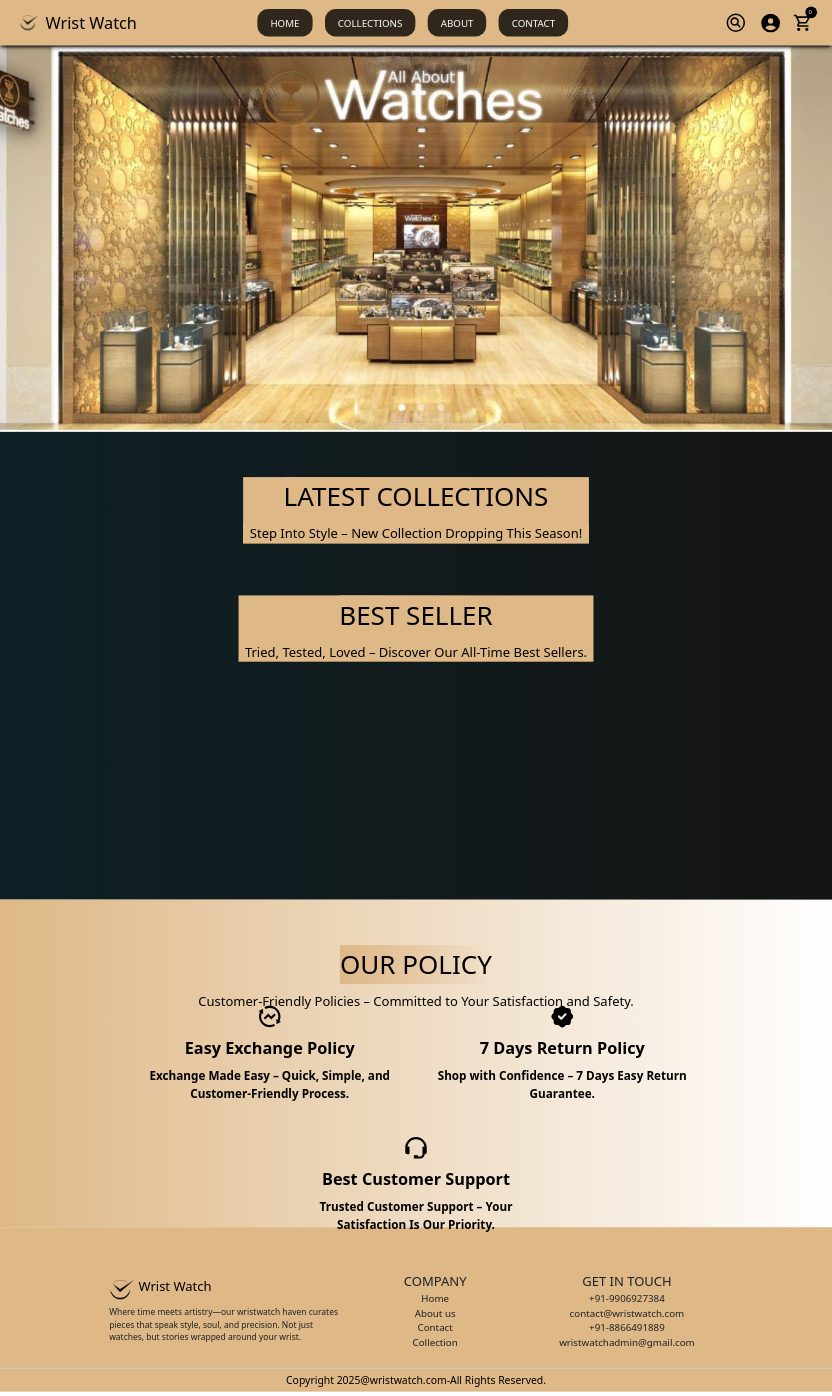
Repository: mansibhanushali/online_watch_ecommerce_mernstack_webapplication
Page: / (app in frontend/)
The author's editor kept a copy of each file at every save. The page is drawn from the files as they stood at one save, then again after the next save.
The browser window is 1280 px wide. The pictures show the whole page, at 65% of full size.
The page's requests for data from a server got no answer. The project was rebuilt for these pictures with package versions that can differ from the ones it lists, and the page was loaded fresh each time. No one was signed in, and anything a server would have sent is missing. Also part of the build but not shown: frontend/vite.config.js, frontend/src/component/Loading.jsx, frontend/src/pages/Registration.jsx, frontend/src/component/Card.jsx, frontend/src/pages/Login.jsx, frontend/src/pages/About.jsx, frontend/src/pages/Collections.jsx, frontend/src/pages/Contact.jsx and 6 more.

Above is the page before, as saved 2025-08-16 17:07:40.

### frontend/index.html
<!doctype html>
<html lang="en">
  <head>
    <meta charset="UTF-8" />
    <link rel="icon" type="image/svg+xml" href="\logo1.png" />
    <meta name="viewport" content="width=device-width, initial-scale=1.0" />
    <title>Wristwatch</title>
  </head>
  <body>
    <div id="root"></div>
    <script type="module" src="/src/main.jsx"></script>
  </body>
</html>

### frontend/src/main.jsx
// src/main.jsx
import React from 'react';
import { createRoot } from 'react-dom/client';
import { BrowserRouter } from 'react-router-dom';
import './index.css';

import App from './App.jsx';
import AuthContext from './context/authContext.jsx';
import UserContextProvider from './context/UserContext.jsx';
import ShopContext from './context/ShopContext.jsx';

createRoot(document.getElementById('root')).render(
  <React.StrictMode>
    <BrowserRouter>
      <AuthContext>
        <UserContextProvider>
          <ShopContext>
            <App />
          </ShopContext>
        </UserContextProvider>
      </AuthContext>
    </BrowserRouter>
  </React.StrictMode>
);

### frontend/src/index.css
@import "tailwindcss";

body {
  @apply bg-white min-h-screen;
}

### frontend/src/App.jsx
import React, { useContext } from 'react';
import { Navigate, Route, Routes, useLocation } from 'react-router-dom';
import Registration from './pages/Registration';
import Home from './pages/Home';
import Login from './pages/Login';
import Nav from './component/Nav';
import { userDataContext } from './context/UserContext';
import About from './pages/About';
import Collections from './pages/Collections';
import Product from './pages/Product';
import Contact from './pages/Contact';
import ProductDetail from './pages/ProductDetail';
import Cart from './pages/Cart';
import PlaceOrder from './pages/PlaceOrder';
import Order from './pages/Order';
import { ToastContainer } from 'react-toastify';
import NotFound from './pages/NotFound';

function App() {
  const { userData } = useContext(userDataContext);
  const location = useLocation();

  // Protected route wrapper
  const ProtectedRoute = (Component) => {
    return userData ? (
      Component
    ) : (
      <Navigate to="/login" state={{ from: location.pathname }} />
    );
  };

  return (
    <>
      <ToastContainer />
      <Nav />
      <Routes>
        {/* Public Routes */}
        <Route path="/" element={<Home />} />
        <Route path="/about" element={<About />} />
        <Route path="/collection" element={<Collections />} />
        <Route path="/collection/:category" element={<Collections />} />
        <Route path="/product" element={<Product />} />
        <Route path="/contact" element={<Contact />} />

        {/* Auth Routes */}
        <Route
          path="/login"
          element={
            userData ? (
              <Navigate to={location.state?.from || '/'} />
            ) : (
              <Login />
            )
          }
        />
        <Route
          path="/signup"
          element={
            userData ? (
              <Navigate to={location.state?.from || '/'} />
            ) : (
              <Registration />
            )
          }
        />

        {/* Protected Routes */}
        <Route
          path="/productdetail/:productId"
          element={ProtectedRoute(<ProductDetail />)}
        />
        <Route path="/cart" element={ProtectedRoute(<Cart />)} />
        <Route path="/placeorder" element={ProtectedRoute(<PlaceOrder />)} />
        <Route path="/order" element={ProtectedRoute(<Order />)} />

        {/* 404 Fallback */}
        <Route path="*" element={<NotFound />} />
      </Routes>
    </>
  );
}

export default App;

### frontend/src/context/AuthContext.jsx
// src/context/AuthContext.jsx
import React, { createContext, useReducer, useEffect } from "react";
import axios from "axios";

const initialState = {
  user: null,
  token: null,
  isAuthenticated: false,
};

function reducer(state, action) {
  switch (action.type) {
    case "LOGIN":
      return {
        ...state,
        user: action.payload.user,
        token: action.payload.token,
        isAuthenticated: true,
      };
    case "LOGOUT":
      return initialState;
    default:
      return state;
  }
}

export const authDataContext = createContext();

function AuthContext({ children }) {
  const serverUrl = "http://localhost:8000";

  const [state, dispatch] = useReducer(reducer, initialState, () => {
    const token = localStorage.getItem("token");
    const user = localStorage.getItem("user");
    return token && user
      ? { token, user: JSON.parse(user), isAuthenticated: true }
      : initialState;
  });

  // axios defaults setup (runs whenever token changes)
  useEffect(() => {
    axios.defaults.baseURL = serverUrl;
    axios.defaults.withCredentials = true;

    if (state.token) {
      axios.defaults.headers.common["Authorization"] = `Bearer ${state.token}`;
      localStorage.setItem("token", state.token);
      localStorage.setItem("user", JSON.stringify(state.user));
    } else {
      delete axios.defaults.headers.common["Authorization"];
      localStorage.removeItem("token");
      localStorage.removeItem("user");
    }
  }, [state.token, state.user]);

  // Fetch current user from backend
  const fetchCurrentUser = async (token) => {
    try {
      const res = await axios.get("/api/user/getcurrentuser", {
        headers: { Authorization: `Bearer ${token}` }
      });
      return res.data;
    } catch (err) {
      console.error("Fetch current user error:", err.response?.data || err.message);
      return null;
    }
  };

  // Login and fetch user
  const login = async ({ token }) => {
    const user = await fetchCurrentUser(token);
    if (user) {
      dispatch({ type: "LOGIN", payload: { token, user } });
    }
  };

  const logout = () => dispatch({ type: "LOGOUT" });

  // Auto login when page refreshes
  useEffect(() => {
    const autoLogin = async () => {
      if (state.token && !state.user) {
        const user = await fetchCurrentUser(state.token);
        if (user) {
          dispatch({ type: "LOGIN", payload: { token: state.token, user } });
        }
      }
    };
    autoLogin();
  }, []);

  return (
    <authDataContext.Provider value={{ serverUrl, ...state, login, logout }}>
      {children}
    </authDataContext.Provider>
  );
}

export default AuthContext;

### frontend/src/context/UserContext.jsx
// src/context/UserContext.jsx
import React, { createContext, useContext, useEffect, useState } from 'react';
import { authDataContext } from './AuthContext';
import axios from 'axios';

export const userDataContext = createContext();

function UserContextProvider({ children }) {
  const [userData, setUserData] = useState(null);
  const { serverUrl } = useContext(authDataContext);

  const getCurrentUser = async () => {
    try {
      // ✅ Cookie-based request
      const result = await axios.get(`${serverUrl}/api/user/getcurrentuser`, {
        withCredentials: true, // Cookie automatically send होगी
      });

      if (result.data?.success) {
        setUserData(result.data.user);
      } else {
        setUserData(null);
      }
    } catch (error) {
      setUserData(null);
      console.error("getCurrentUser error:", error);
    }
  };

  // 🔹 Page load pe call
  useEffect(() => {
    getCurrentUser();
  }, []);

  return (
    <userDataContext.Provider value={{ userData, setUserData, getCurrentUser }}>
      {children}
    </userDataContext.Provider>
  );
}

export default UserContextProvider;

### frontend/src/context/ShopContext.jsx
import React, { createContext, useContext, useEffect, useState, useCallback } from 'react';
import { authDataContext } from './authContext';
import { userDataContext } from './UserContext';
import axios from 'axios';
import { toast } from 'react-toastify';

export const shopDataContext = createContext();

function ShopContextProvider({ children }) {
  const [products, setProducts] = useState([]);
  const [search, setSearch] = useState('');
  const { userData } = useContext(userDataContext);
  const [showSearch, setShowSearch] = useState(false);
  const { serverUrl } = useContext(authDataContext);
  const [cartItem, setCartItem] = useState({});
  const [loading, setLoading] = useState(false);
  const [token, setToken] = useState(localStorage.getItem("token") || "");

  const currency = '₹';
  const delivery_fee = 40;

  // token sync
  useEffect(() => {
    const savedToken = localStorage.getItem("token");
    if (savedToken) {
      setToken(savedToken);
    }
  }, []);

  // ✅ Get products
  const getProducts = useCallback(async () => {
    if (!serverUrl) return;
    try {
      const result = await axios.get(`${serverUrl}/api/product/list`);
      setProducts(result.data);
    } catch (error) {
      console.error("Get Products Error:", error);
    }
  }, [serverUrl]);

  // ✅ Add to cart
  const addtoCart = async (itemId) => {
    let cartData = structuredClone(cartItem);
    cartData[itemId] = (cartData[itemId] || 0) + 1;
    setCartItem(cartData);

    if (userData && token) {
      setLoading(true);
      try {
        await axios.post(
          `${serverUrl}/api/cart/add`,
          { itemId },
          {
            headers: { Authorization: `Bearer ${token}` },
            withCredentials: true
          }
        );
      } catch (error) {
        console.error(error);
        toast.error("Add Cart Error");
      } finally {
        setLoading(false);
      }
    }
  };

  // ✅ Get user cart
  const getUserCart = useCallback(async () => {
    if (!token || !serverUrl) return;
    try {
      const result = await axios.post(
        `${serverUrl}/api/cart/get`,
        {},
        {
          headers: { Authorization: `Bearer ${token}` },
          withCredentials: true
        }
      );
      setCartItem(result.data || {});
    } catch (error) {
      console.error("Get User Cart Error:", error);
    }
  }, [serverUrl, token]);

  // ✅ Update cart item quantity
  const updateQuantity = async (itemId, quantity) => {
    let cartData = structuredClone(cartItem);
    cartData[itemId] = quantity;
    setCartItem(cartData);

    if (userData && token) {
      try {
        await axios.post(
          `${serverUrl}/api/cart/update`,
          { itemId, quantity },
          {
            headers: { Authorization: `Bearer ${token}` },
            withCredentials: true
          }
        );
      } catch (error) {
        console.error(error);
      }
    }
  };

  // ✅ Total cart items count
  const getCartCount = () => {
    return Object.values(cartItem).reduce((acc, qty) => acc + qty, 0);
  };

  // ✅ Total cart amount
  const getCartAmount = () => {
    let totalAmount = 0;
    for (const itemId in cartItem) {
      let itemInfo = products.find((product) => product._id === itemId);
      if (itemInfo && cartItem[itemId] > 0) {
        totalAmount += itemInfo.price * cartItem[itemId];
      }
    }
    return totalAmount;
  };

  // Fetch products and cart
  useEffect(() => {
    getProducts();
  }, [getProducts]);

  useEffect(() => {
    getUserCart();
  }, [getUserCart]);

  let value = {
    products,
    currency,
    delivery_fee,
    getProducts,
    search,
    setSearch,
    showSearch,
    setShowSearch,
    cartItem,
    addtoCart,
    getCartCount,
    setCartItem,
    updateQuantity,
    getCartAmount,
    loading,
    serverUrl,
    setToken,
    token
  };

  return (
    <shopDataContext.Provider value={value}>
      {children}
    </shopDataContext.Provider>
  );
}

export default ShopContextProvider;

### frontend/src/pages/Home.jsx
import React, { useState, useEffect } from 'react'
import Backgound from '../component/Backgound'
import Product from './Product'
import OurPolicy from '../component/OurPolicy'
import Footer from '../component/Footer'

function Home() {
  let [heroCount, setHeroCount] = useState(0)

  useEffect(() => {
    let interval = setInterval(() => {
      setHeroCount(prevCount => (prevCount === 3 ? 0 : prevCount + 1))
    }, 3000)
    return () => clearInterval(interval)
  }, [])

  return (
    <div className="overflow-x-hidden relative top-[70px]">
      <div className="w-[100vw] lg:h-[55vh] md:h-[50vh] sm:h-[30vh] bg-gradient-to-l from-[burlwood] to-[burlywood]">
        <Backgound heroCount={heroCount} />
      </div>
      <Product />
      <OurPolicy />
      <Footer />
    </div>
  )
}

export default Home

### frontend/src/pages/Product.jsx
import React from 'react'
import LatestCollection from '../component/LatestCollection'
import BestSeller from '../component/BestSeller'

function Product() {
  return (
    <div className='w-[100vw] min-h-[100vh] bg-gradient-to-l from-[#141414] to-[#0c2025] flex items-center justify-start flex-col py-[20px]'>

        <div className='w-[100%] min-h-[70px] flex items-center justify-center gap-[10px]  flex-col '>
            <LatestCollection/>
        </div>
        <div className='w-[100%] min-h-[70px] flex items-center justify-center gap-[10px]  flex-col '>
            <BestSeller/>
        </div>

    </div>
  )
}

export default Product

### frontend/src/component/Backgound.jsx
import React from 'react'
import back1 from "../assets/back1.jpg"

function Background() {
  return (
    <img
      src={back1}
      alt="background"
      className="w-[100%] h-[150%] float-left overflow-auto object-cover"
    />
  )
}

export default Background

### frontend/src/component/OurPolicy.jsx
import React from 'react'
import Title from './Title'
import { RiExchangeFundsLine } from "react-icons/ri";
import { TbRosetteDiscountCheckFilled } from "react-icons/tb";
import { BiSupport } from "react-icons/bi";

function OurPolicy() {
  return (
    <div className='w-[100vw] h-[100vh] md:h-[70vh] flex items-center justify-start flex-col  bg-gradient-to-l from-[burlwood] to-[burlywood] gap-[50px] '>
        <div className='h-[8%] w-[100%] text-center mt-[70px] '>
            <Title text1={<span className='text-[black]'>OUR</span>} text2={<span className='text-[black]'>POLICY</span>}/>
            <p className='w-[100%] m-auto text-[13px] md:text-[20px] px-[10px] text-black '>Customer-Friendly Policies – Committed to Your Satisfaction and Safety.</p>
        </div>
      <div className='w-[100%] md:min-h-[50%] h-[20%] flex items-center justify-center flex-wrap lg:gap-[50px] gap-[80px]'>
        <div className='w-[400px] max-w-[90%] h-[60%] flex items-center justify-center flex-col gap-[10px] '>
        <RiExchangeFundsLine  className='md:w-[60px] w-[30px] h-[30px] md:h-[60px] text-[black]'/>
        <p className='font-semibold md:text-[25px] text-[19px] text-[black]'>Easy Exchange Policy</p>
        <p className='font-semibold md:text-[18px] text-[12px] text-[black] text-center'>Exchange Made Easy – Quick, Simple, and Customer-Friendly Process.</p>

        </div>
        <div className='w-[400px] max-w-[90%] h-[60%] flex items-center justify-center flex-col gap-[10px] '>
        <TbRosetteDiscountCheckFilled  className='md:w-[60px] w-[30px] h-[30px] md:h-[60px] text-[black]'/>
        <p className='font-semibold md:text-[25px] text-[19px] text-[black]'>7 Days Return Policy</p>
        <p className='font-semibold md:text-[18px] text-[12px] text-[black] text-center'>Shop with Confidence – 7 Days Easy Return Guarantee.</p>

        </div>
        <div className='w-[400px] max-w-[90%] h-[60%] flex items-center justify-center flex-col gap-[10px] '>
        <BiSupport  className='md:w-[60px] w-[30px] h-[30px] md:h-[60px] text-[black]'/>
        <p className='font-semibold md:text-[25px] text-[19px] text-[black]'>Best Customer Support</p>
        <p className='font-semibold md:text-[18px] text-[12px] text-[black] text-center'>Trusted Customer Support – Your Satisfaction Is Our Priority.</p>

        </div>
      </div>
    </div>
  )
}

export default OurPolicy

### frontend/src/component/Footer.jsx
import React from 'react'
import logo from "../assets/logo.png"
function Footer() {
  return (
    <div className='w-[100%] md:h-[36vh] h-[21vh] mb-[77px] md:mb-[0px]'>
        <div className='w-[100%] md:h-[30vh] h-[15vh]  md:mb-[0px] bg-[burlywood] flex items-center justify-center md:px-[50px] px-[5px]'>
            <div className='md:w-[30%] w-[35%] h-[100%] flex items-start justify-center flex-col gap-[5px]  '>
                <div className='flex items-start justify-start gap-[5px] mt-[10px] md:mt-[40px]'>
                    <img src={logo} alt=""  className='md:w-[40px] md:h-[40px] w-[30px] h-[30px]'/>
                    <p className='text-[19px] md:text-[20px] text-[black] '>Wrist Watch</p>

                </div>
                <p className='text-[13px] text-[#1e2223] hidden md:block'>Where time meets artistry—our wristwatch haven curates pieces that speak style, soul, and precision. Not just watches, but stories wrapped around your wrist.</p>
                    <p className='text-[15px] text-[#1e2223] flex md:hidden'>Fast Easy Reliable</p>


            </div>
            <div className='md:w-[25%] w-[30%] h-[100%] flex items-center justify-center flex-col text-center'>
                    <div className='flex items-center justify-center gap-[5px] mt-[10px] md:mt-[40px]'>
                        <p className='text-[19px] md:text-[20px] text-[#1e2223] font-sans '>COMPANY</p>

                    </div>
                    <ul>
                         <li className='text-[15px] text-[#1e2223] hidden md:block cursor-pointer'>Home</li>
                        <li className='text-[15px] text-[#1e2223] cursor-pointer '>About us</li>
                        <li className='text-[15px] text-[#1e2223] cursor-pointer '>Contact</li>
                        <li className='text-[15px] text-[#1e2223] cursor-pointer '>Collection</li>
                    </ul>
                </div>

                <div className='md:w-[25%] w-[40%]  h-[100%] flex items-center justify-center flex-col text-center '>
                     <div className='flex items-center justify-center gap-[5px] mt-[10px] md:mt-[40px]'>
                        <p className='text-[19px] md:text-[20px] text-[#1e2223] font-sans '>GET IN TOUCH</p>

                    </div>
                     <ul>
                         <li className='text-[15px] text-[#1e2223] '>+91-9906927384</li>
                        <li className='text-[15px] text-[#1e2223] '>contact@wristwatch.com</li>
                        <li className='text-[15px] text-[#1e2223] hidden md:block'>+91-8866491889</li>
                        <li className='text-[15px] text-[#1e2223] hidden md:block'>wristwatchadmin@gmail.com</li>
                    </ul>
                </div>

        </div>
        <div className='w-[100%] h-[1px] bg-slate-400'></div>
        <div className='w-[100%] h-[5vh] bg-[burlywood] flex items-center justify-center'>Copyright 2025@wristwatch.com-All Rights Reserved.</div>

    </div>
  )
}

export default Footer

### frontend/src/component/Title.jsx
import React from 'react'

function Title({text1 ,text2}) {
  return (
    <div className='inline-flex gap-2 items-center text-center mb-3 text-[35px] md:text-[40px] bg-gradient-to-l from-[burlwood] to-[burlywood]'>
        <p className='text-black'>{text1} <span className='text-[black] '>{text2}</span></p>

    </div>
  )
}

export default Title

### frontend/src/component/LatestCollection.jsx
import React, { useContext, useEffect, useState } from 'react'
import Title from './Title'
import { shopDataContext } from '../context/ShopContext'
import Card from './Card'

function LatestCollection() {
    let {products} = useContext(shopDataContext)
    let [latestProducts,setLatestProducts] = useState([])

    useEffect(()=>{
    setLatestProducts(products.slice(0,8));
    },[products])

  return (
    <div>
      <div className='h-[8%] w-[100%] text-center md:mt-[50px] bg-[burlywood]'>
        <Title text1={<span className='text-black'>LATEST</span>} text2={<span className='text-black'>COLLECTIONS</span>}/>
        <p className='w-[100%] m-auto text-[13px] md:text-[20px] px-[10px] text-black bg-[burlywood]'>Step Into Style – New Collection Dropping This Season!</p>
      </div>
      <div className='w-[100%] h-[50%] mt-[30px] flex items-center justify-center flex-wrap gap-[50px] bg-[burlywood]'>
        {
            latestProducts.map((item,index)=>(
                <Card key={index} name={item.name} image={item.image} id={item._id} price={item.price}/>
            ))
        }

        </div>
    </div>
  )
}

export default LatestCollection

### frontend/src/component/BestSeller.jsx
import React, { useContext, useEffect, useState } from 'react';
import Title from './Title';
import { shopDataContext } from '../context/ShopContext';
import Card from './Card';

function BestSeller() {
  let { products, serverUrl } = useContext(shopDataContext);
  let [bestSeller, setBestSeller] = useState([]);

  useEffect(() => {
    let filterProduct = products.filter((item) => item.bestseller);
    setBestSeller(filterProduct.slice(0, 4));
  }, [products]);

  // Function to build correct image URL
  const getImageUrl = (img) => {
    if (!img) return "https://via.placeholder.com/300x300?text=No+Image"; // fallback
    return img.startsWith("http") ? img : `${serverUrl}/uploads/${img}`;
  };

  return (
    <div>
      <div className="h-[8%] w-[100%] text-center mt-[50px] bg-[burlywood]">
        <Title text1={<span className='text-black'>BEST</span>} text2={<span className='text-black'>SELLER</span>} />
        <p className="w-[100%] m-auto text-[13px] md:text-[20px] px-[10px] text-black">
          Tried, Tested, Loved – Discover Our All-Time Best Sellers.
        </p>
      </div>

      <div className="w-[100%] h-[50%] mt-[30px] flex items-center justify-center flex-wrap gap-[50px] bg-[burlywood]">
        {bestSeller.map((item, index) => (
          <Card
            key={index}
            name={item.name}
            id={item._id}
            price={item.price}
            image={getImageUrl(item.image)}
          />
        ))}
      </div>
    </div>
  );
}

export default BestSeller;

Loaded but not shown: frontend/src/component/Nav.jsx (137 lines, source omitted)

After the next save:
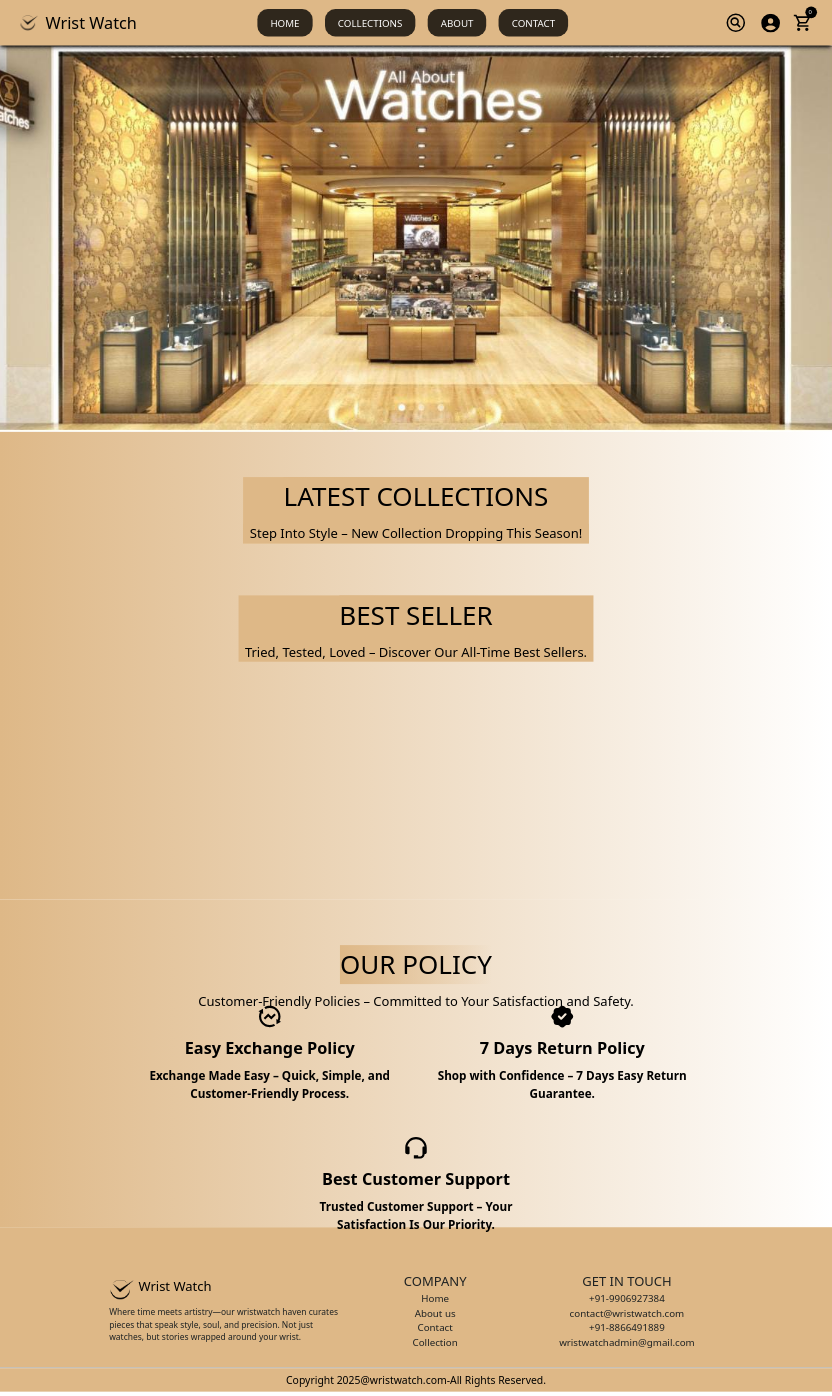
Saved 28 s later.
--- a/frontend/src/pages/Product.jsx
+++ b/frontend/src/pages/Product.jsx
@@ -4,7 +4,7 @@ import BestSeller from '../component/BestSeller'
 
 function Product() {
   return (
-    <div className='w-[100vw] min-h-[100vh] bg-gradient-to-l from-[#141414] to-[#0c2025] flex items-center justify-start flex-col py-[20px]'>
+    <div className='w-[100vw] min-h-[100vh] bg-gradient-to-l from-[burlwood] to-[burlywood] flex items-center justify-start flex-col py-[20px]'>
 
         <div className='w-[100%] min-h-[70px] flex items-center justify-center gap-[10px]  flex-col '>
             <LatestCollection/>
